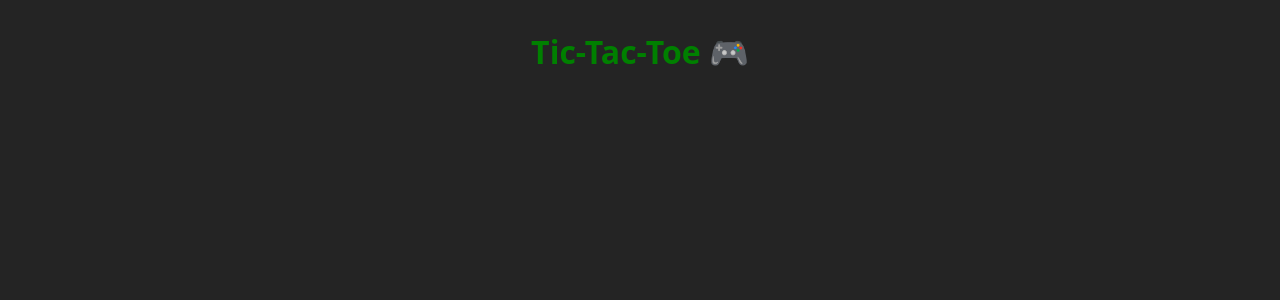
Repository: atzin-escandia/react-tic-tac-toe
Page: /
The author's editor kept a copy of each file at every save. The page is drawn from the files as they stood at one save, then again after the next save.
The browser window is 1280 px wide. The pictures show the whole page.
The project was rebuilt for these pictures with package versions that can differ from the ones it lists, and the page was loaded fresh each time. Also part of the build but not shown: vite.config.js.

Above is the page before, as saved 2023-10-05 18:50:09.

After the next save:
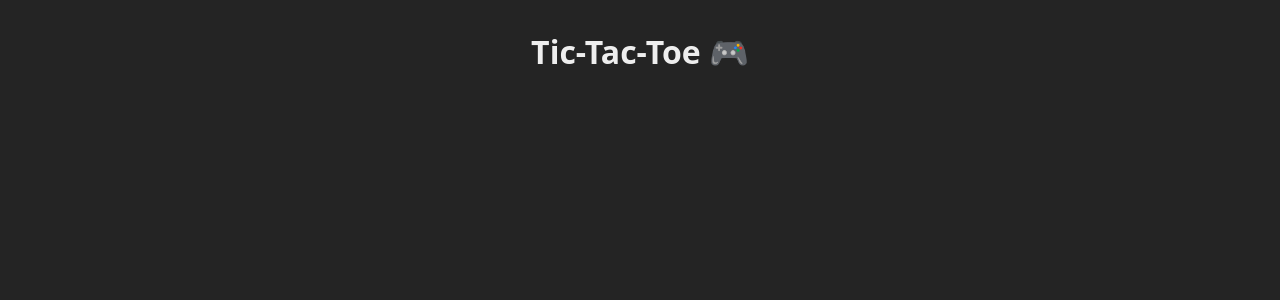
Saved 7 s later.
--- a/src/index.css
+++ b/src/index.css
@@ -39,7 +39,6 @@
 .board h1 {
   color: #eee;
 
-  color: green;
   margin-bottom: 16px;
 }
 
